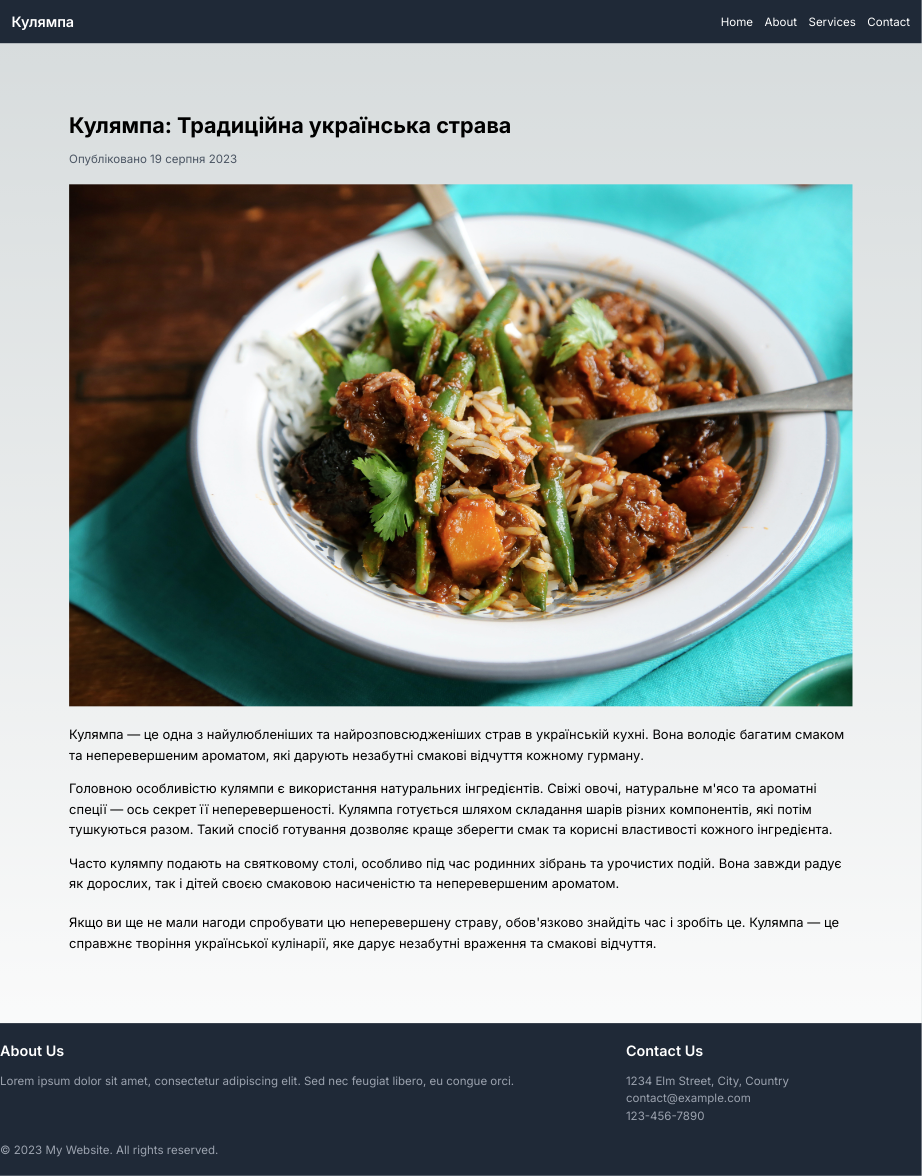
Repository: nika-otter/Kulyampa
Page: /
The author's editor kept a copy of each file at every save. The page is drawn from the files as they stood at one save, then again after the next save.
The browser window is 1280 px wide. The pictures show the whole page, at 72% of full size.
The project was rebuilt for these pictures with package versions that can differ from the ones it lists, and the page was loaded fresh each time. The framework's server and built-in components were replaced by stand-ins that run in the browser. Also part of the build but not shown: next.config.js.

Above is the page before, as saved 2023-08-19 01:42:18.

After the next save:
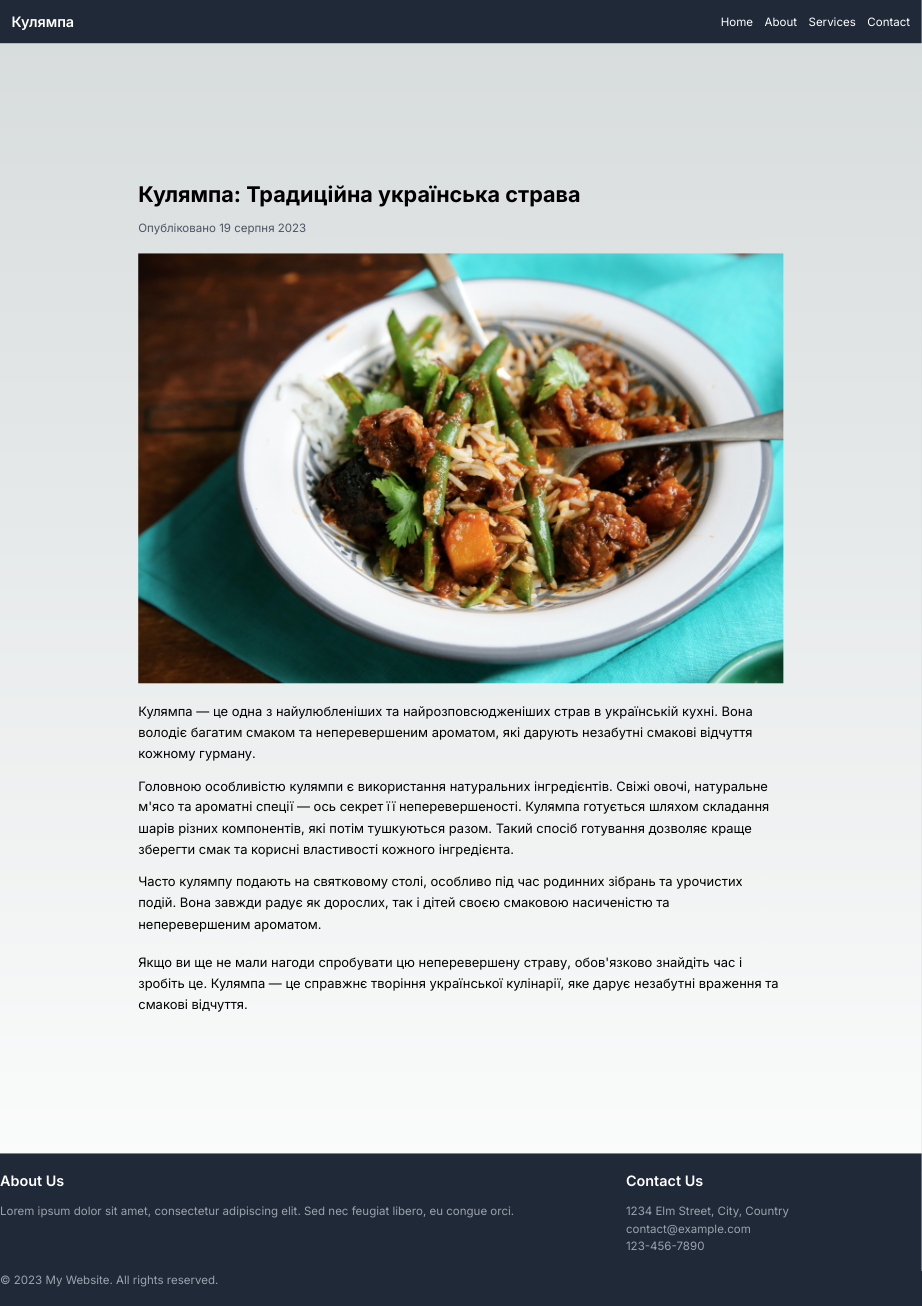
Saved 84 s later.
--- a/app/layout.tsx
+++ b/app/layout.tsx
@@ -20,7 +20,10 @@ export default function RootLayout({
     <html lang="en">
       <body className={inter.className}>
         <Header />
-        {children}
+
+        <main className="flex min-h-screen flex-col items-center justify-between p-24">
+       {children}
+    </main>
         <Footer/>
         </body>
 

After the 2 saves that followed:
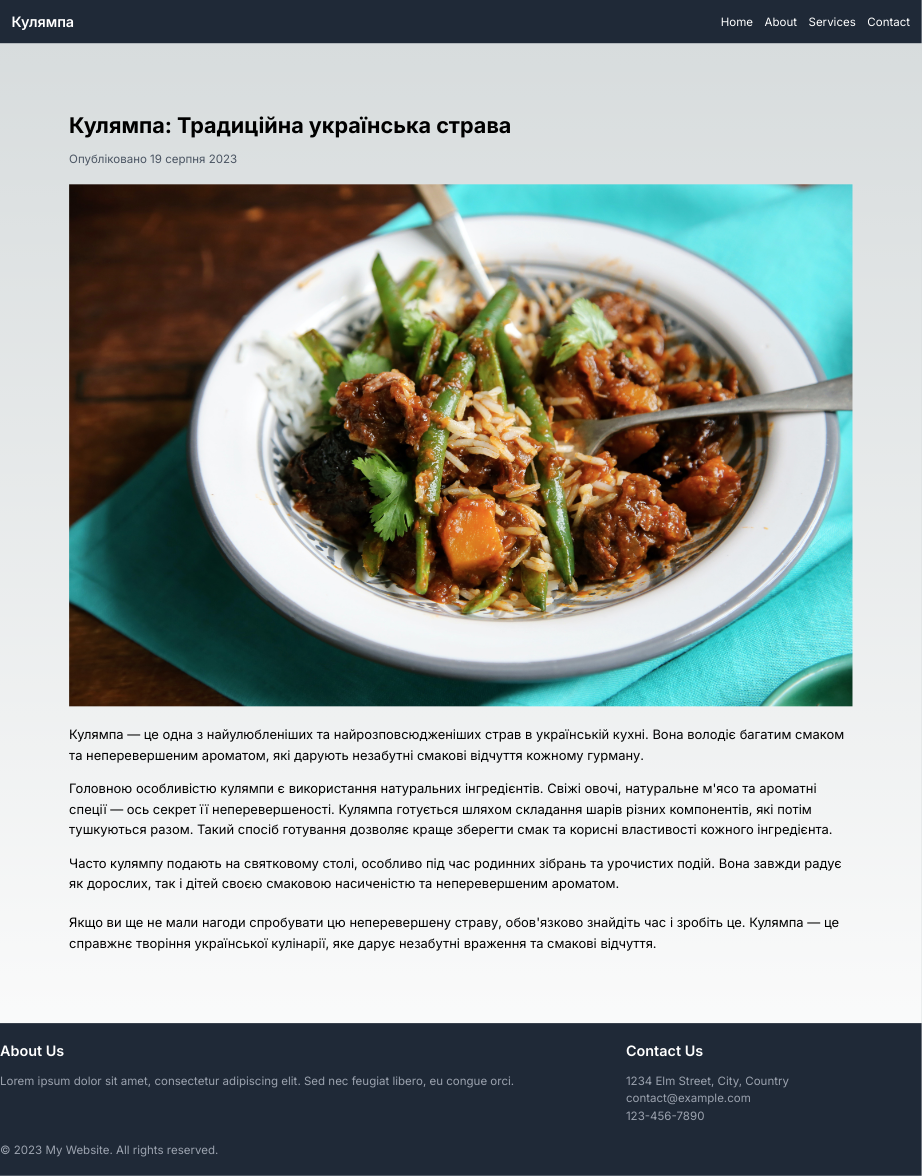
The 2 saves are shown as one change because 1 left the picture as it was.
The last was saved 5 min 50 s later.
--- a/app/page.tsx
+++ b/app/page.tsx
@@ -3,8 +3,8 @@ import Image from 'next/image'
 
 export default function Home() {
   return (
-    <main className="flex min-h-screen flex-col items-center justify-between p-24">
+    <>
       <Kulyampa />
-    </main>
+    </>
   )
 }
--- a/components/Header.tsx
+++ b/components/Header.tsx
@@ -11,7 +11,7 @@ const Header = () => {
               <a href="#" className="hover:text-gray-400">Home</a>
             </li>
             <li>
-              <a href="#" className="hover:text-gray-400">About</a>
+              <a href="/YN" className="hover:text-gray-400">About</a>
             </li>
             <li>
               <a href="#" className="hover:text-gray-400">Services</a>
